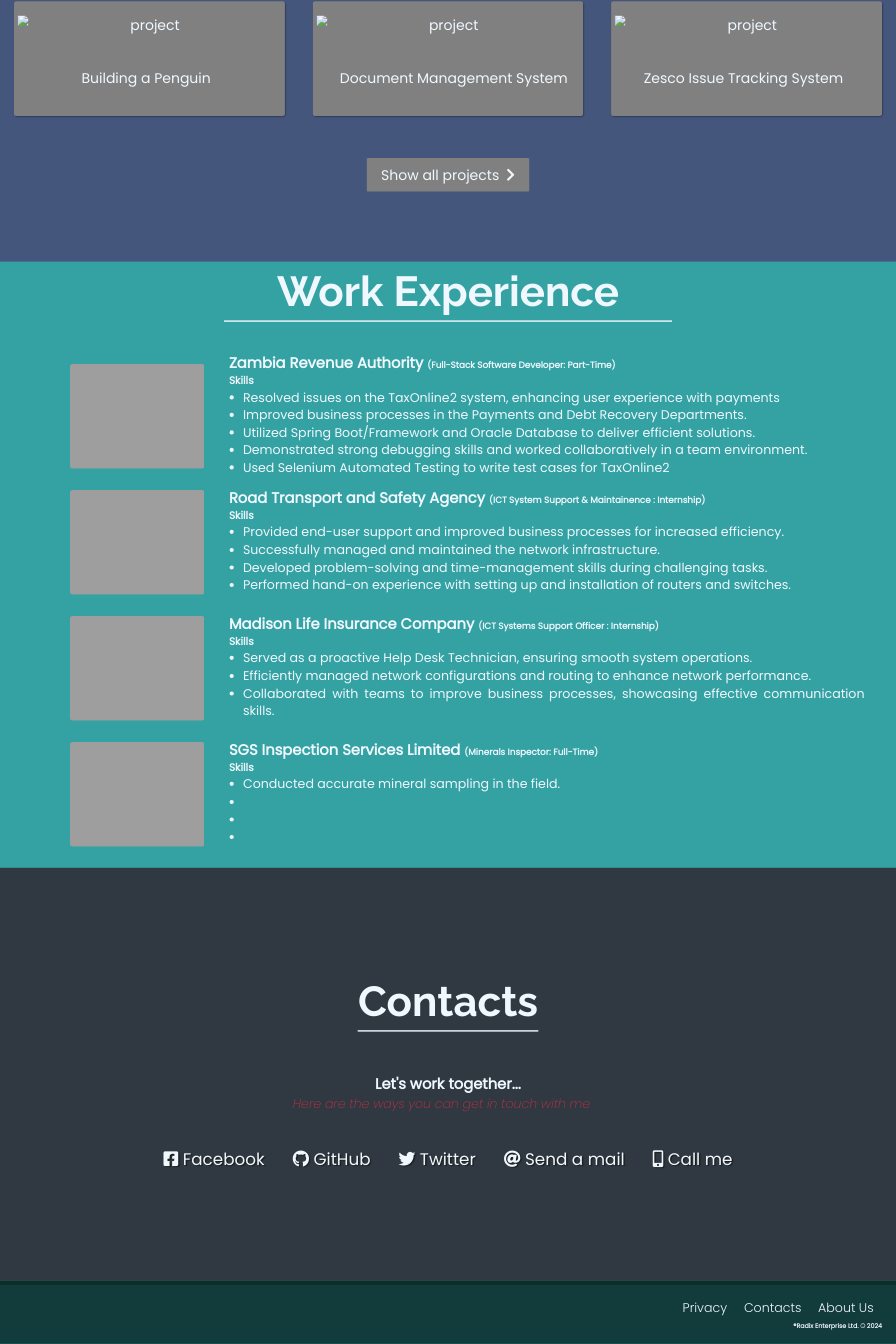
Repository: Lungdjos/personal_portifolio
Page: html/index.html
An editor plug-in stored every save of this project. The page is shown before and after the next save, followed by the edit.
The browser window is 1280 px wide. The pictures show the part of the page from y = 1224 to 3144 px (the page is 3144 px tall), at 70% of full size.
Pictures or frames that could not be fetched are drawn as grey boxes. Some web libraries are served in a nearby version.

Above is the page before, as saved 2024-02-04 02:32:52.

After the next save:
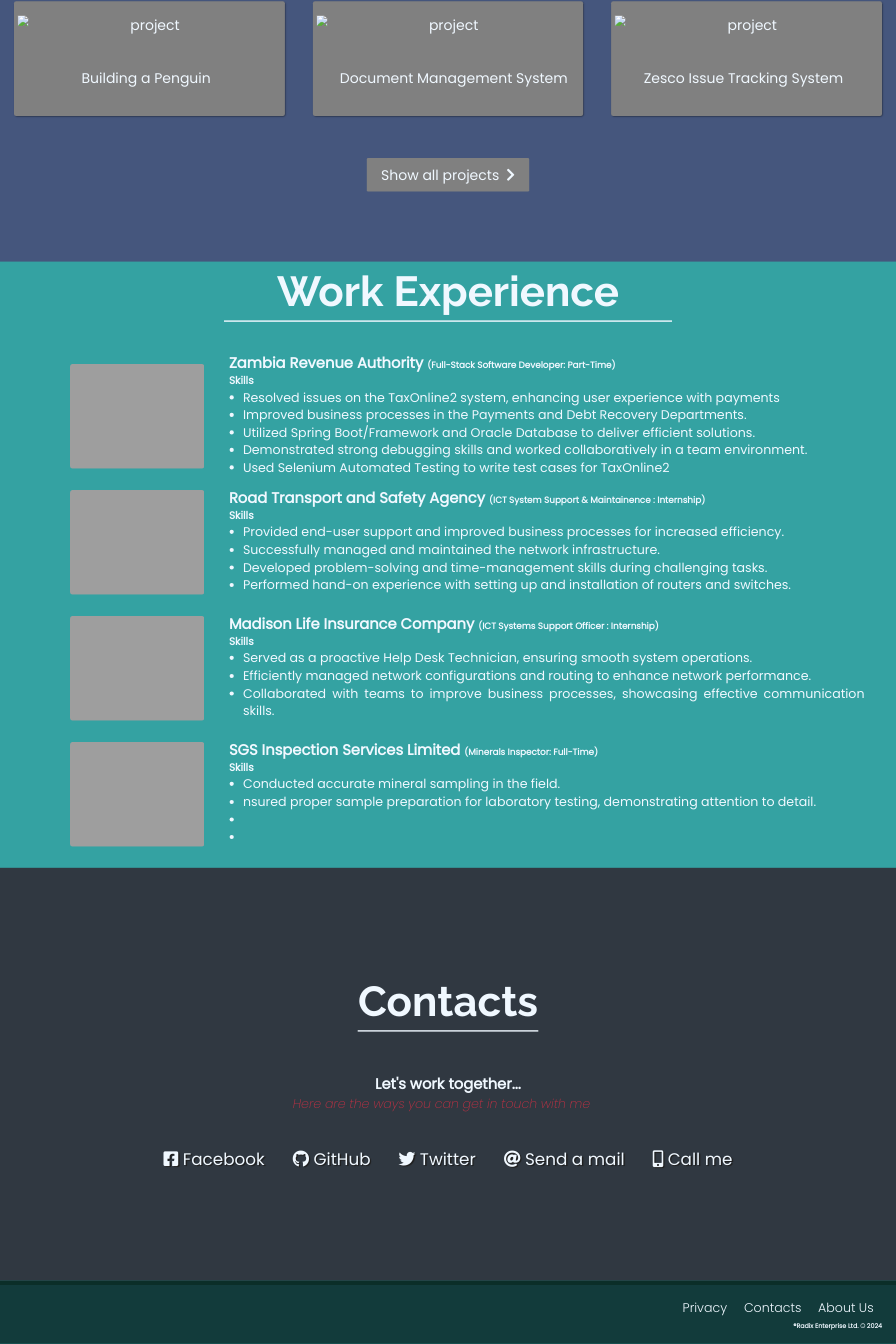
Saved 18 s later.
--- a/html/index.html
+++ b/html/index.html
@@ -151,7 +151,7 @@
                     <p>
                         <ul>
                             <li>Conducted accurate mineral sampling in the field.</li>
-                            <li></li>
+                            <li>nsured proper sample preparation for laboratory testing, demonstrating attention to detail.</li>
                             <li></li>
                             <li></li>
                         </ul>
